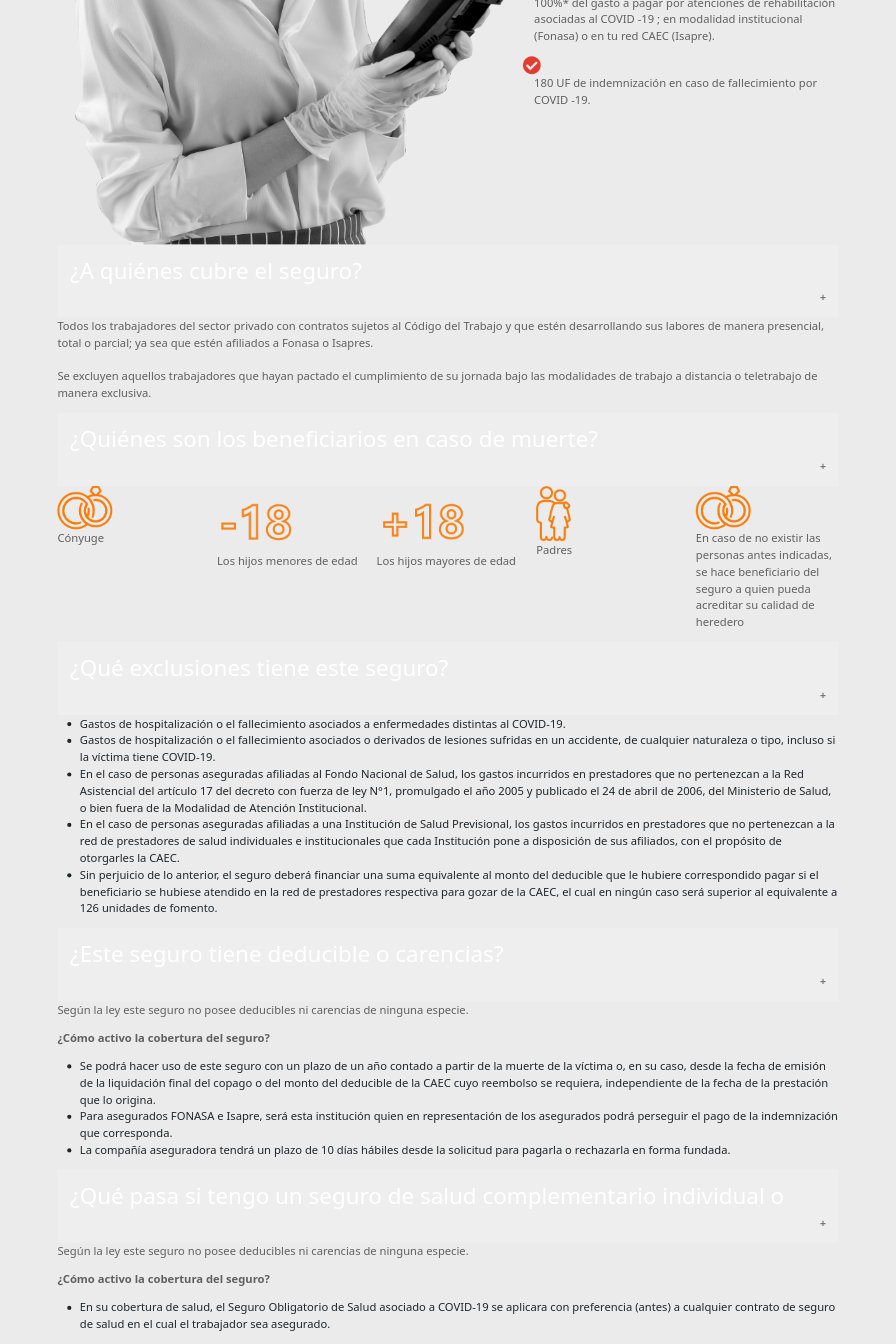
Repository: Darigo30/vidacamara
Page: index.html
An editor plug-in stored every save of this project. The page is shown before and after the next save, followed by the edit.
The browser window is 1280 px wide. The pictures show the part of the page from y = 1428 to 3348 px (the page is 3348 px tall before and 3268 px after), at 70% of full size.
Some web fonts or font styles are not loaded; a fallback is used. Some web libraries are served in a nearby version.

Above is the page before, as saved 2021-07-29 21:57:10.

After the next save:
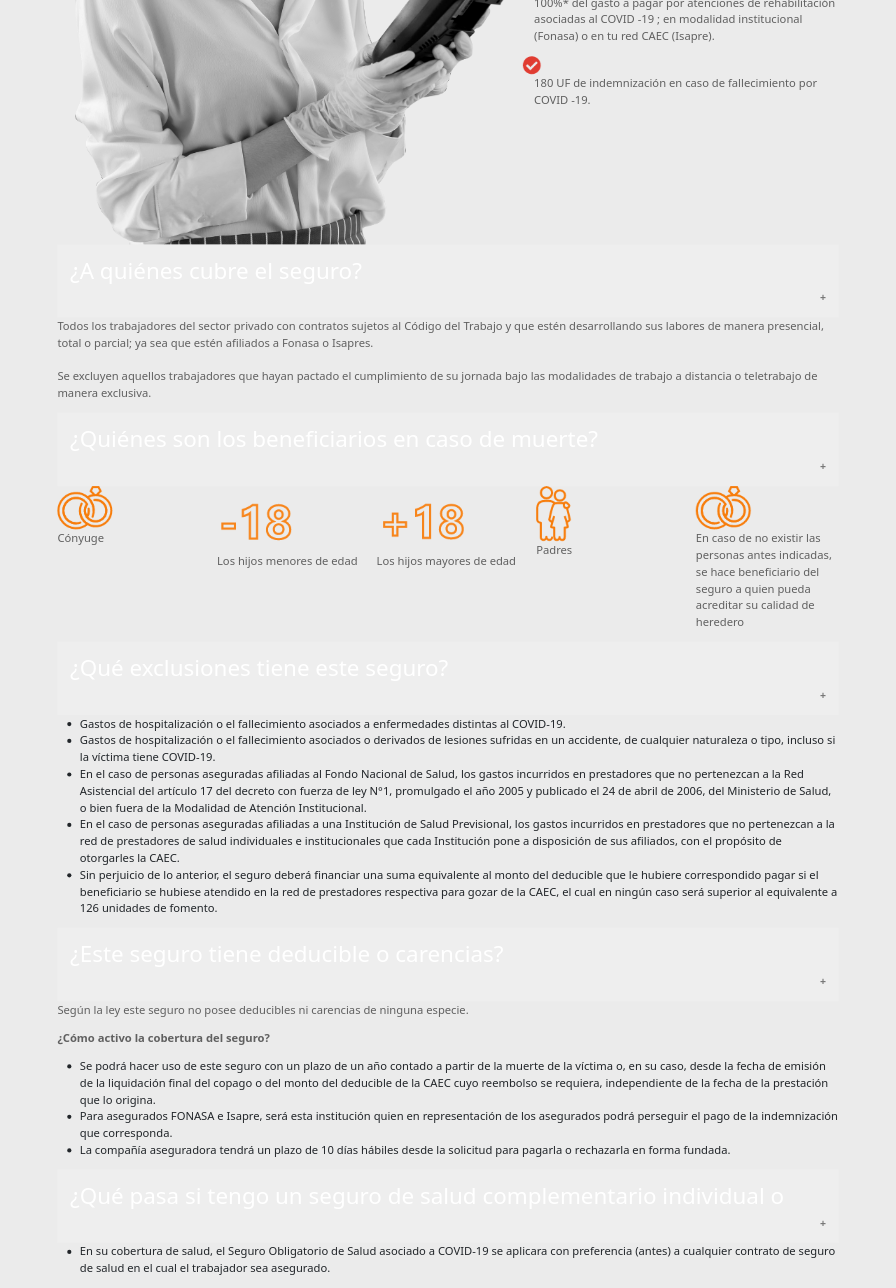
Saved 9 s later.
--- a/index.html
+++ b/index.html
@@ -230,8 +230,6 @@
               </div>
               <button class="accordion"><h2>¿Qué pasa si tengo un seguro de salud complementario individual o</h2></button>
               <div class="accordion__panel">
-                  <p>Según la ley este seguro no posee deducibles ni carencias de ninguna especie.</p>
-                  <p><strong>¿Cómo activo la cobertura del seguro?</strong></p>
                 <ul>
                     <li>En su cobertura de salud, el Seguro Obligatorio de Salud asociado a COVID-19 se aplicara con preferencia (antes) a cualquier contrato de seguro
                     de salud en el cual el trabajador sea asegurado.
